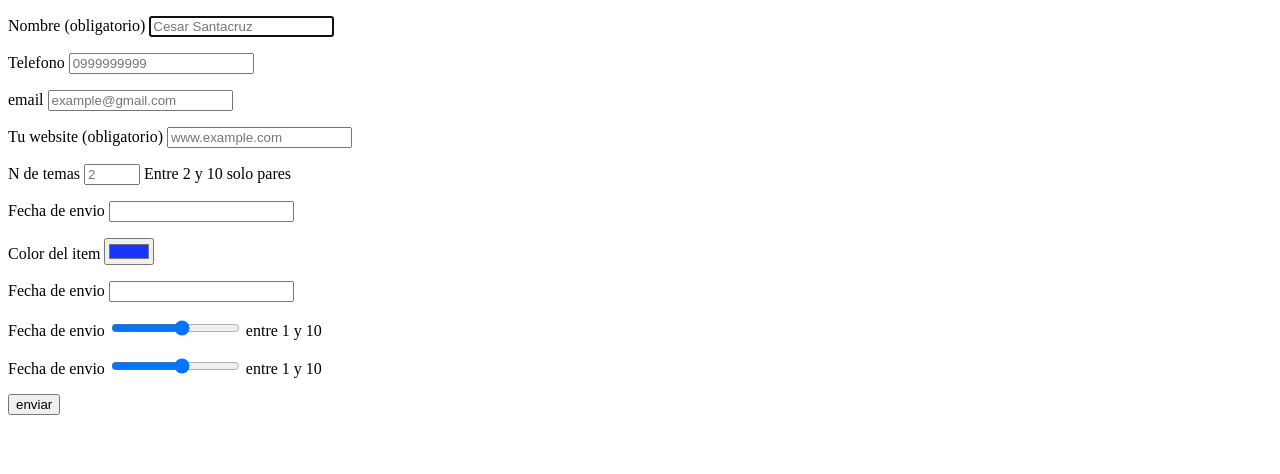
Repository: cesarsant0203/My_Study
Page: Introducción al desarrollo web/formulario.html
These files come from the project's save history. The page is drawn as it stood at one moment and after a run of saves; the edit follows.
The browser window is 1280 px wide. The pictures show the whole page.

Above is the page before, as saved 2020-04-27 19:45:40.

After the next 2 saves:
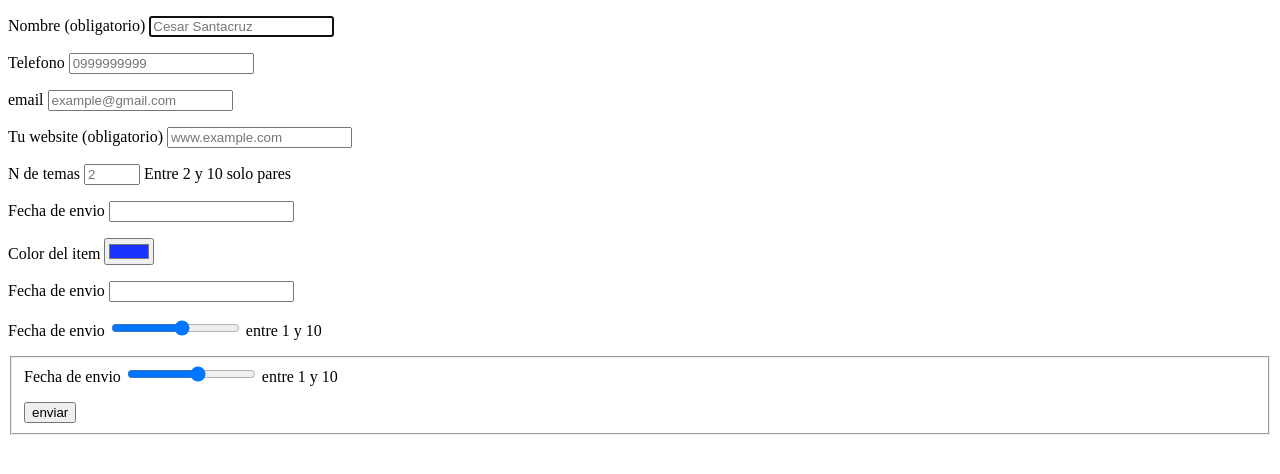
The 2 saves are shown as one change because they came seconds apart.
The last was saved 7 s later.
--- a/Introducción al desarrollo web/formulario.html
+++ b/Introducción al desarrollo web/formulario.html
@@ -65,7 +65,7 @@
             <input type="range" name="points" id="points" min="1" max="10"> entre 1 y 10
         </p>
         <p>
-        <fieledset>
+        <fieldset>
             <label for="points"> Fecha de envio</label>
             <input type="range" name="points" id="points" min="1" max="10"> entre 1 y 10
         </fileset>
